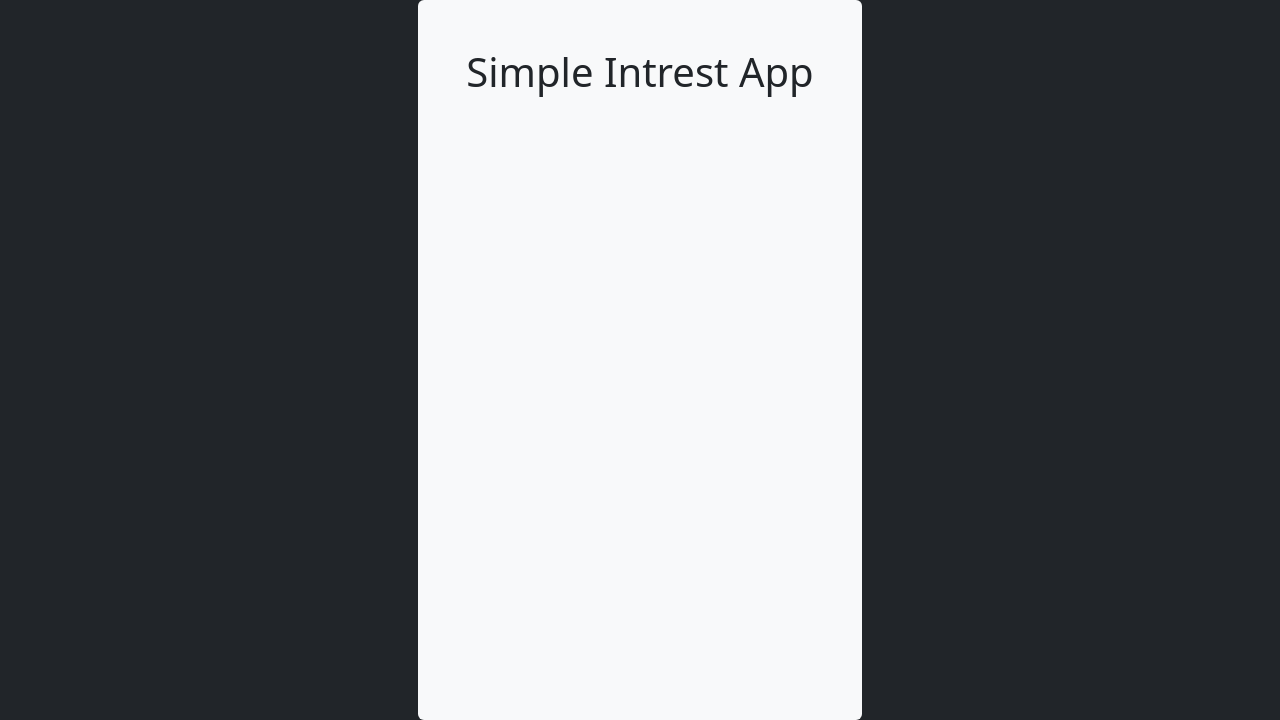
Repository: Afraz13/simple-intrest
Page: /
An editor plug-in stored every save of this project. The page is shown before and after the next save, followed by the edit.
The browser window is 1280 px wide. The pictures show the whole page.
The project was rebuilt for these pictures with package versions that can differ from the ones it lists, and the page was loaded fresh each time. Also part of the build but not shown: src/index.css, src/App.css.

Above is the page before, as saved 2024-07-15 20:23:21.

### public/index.html
<!DOCTYPE html>
<html lang="en">
  <head>
    <meta charset="utf-8" />

    <meta name="viewport" content="width=device-width, initial-scale=1" />
    <link href="https://cdn.jsdelivr.net/npm/bootstrap@5.3.3/dist/css/bootstrap.min.css" rel="stylesheet" integrity="sha384-QWTKZyjpPEjISv5WaRU9OFeRpok6YctnYmDr5pNlyT2bRjXh0JMhjY6hW+ALEwIH" crossorigin="anonymous">

    <title>Simple Intrest</title>
  </head>
  <body>

    <div id="root"></div>

  </body>
</html>

### src/App.js

import './App.css';

function App() {
  return (
    <div style={{height:'100vh'}} className='d-flex justify-content-center align-item-center w-100 bg-dark'>
    <div className='bg-light p-5 rounded'>
    <h1>Simple Intrest App</h1>
    </div>
    </div>
  );
}

export default App;

Loaded but not shown: src/index.js (common file)

After the next save:
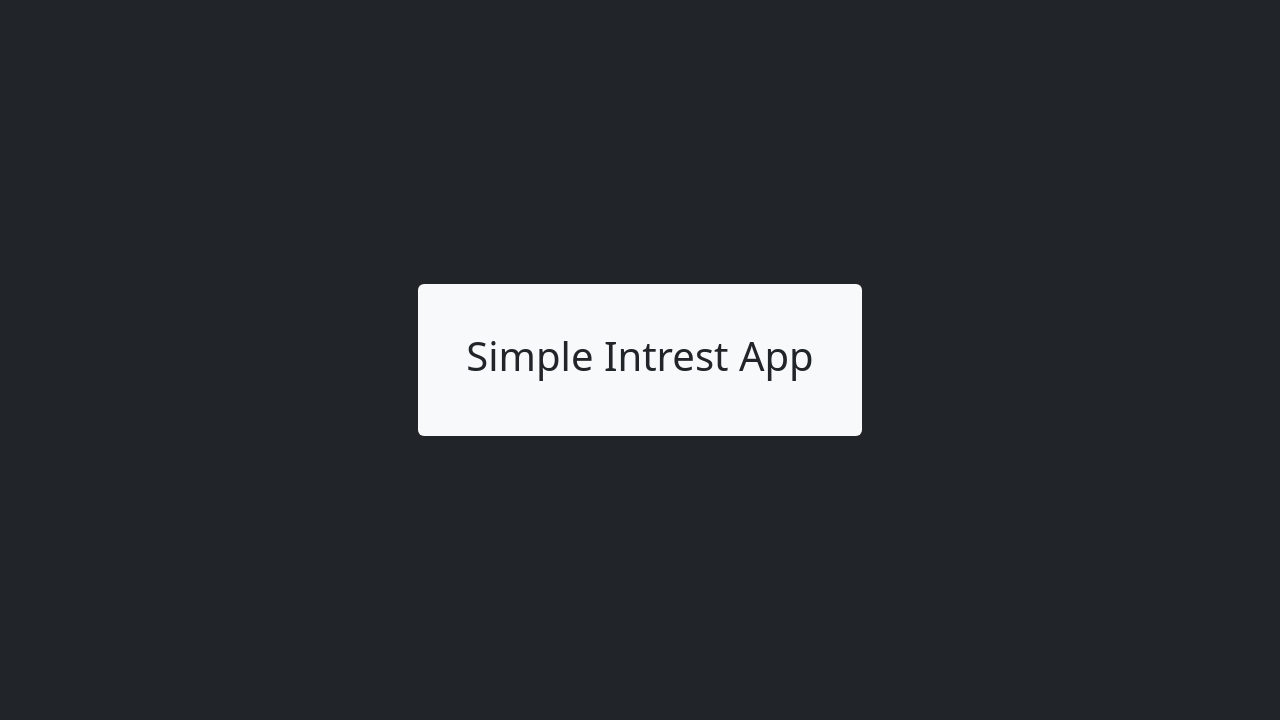
Saved 44 s later.
--- a/src/App.js
+++ b/src/App.js
@@ -3,7 +3,7 @@ import './App.css';
 
 function App() {
   return (
-    <div style={{height:'100vh'}} className='d-flex justify-content-center align-item-center w-100 bg-dark'>
+    <div style={{height:'100vh'}} className='d-flex justify-content-center align-items-center w-100 bg-dark'>
     <div className='bg-light p-5 rounded'>
     <h1>Simple Intrest App</h1>
     </div>
